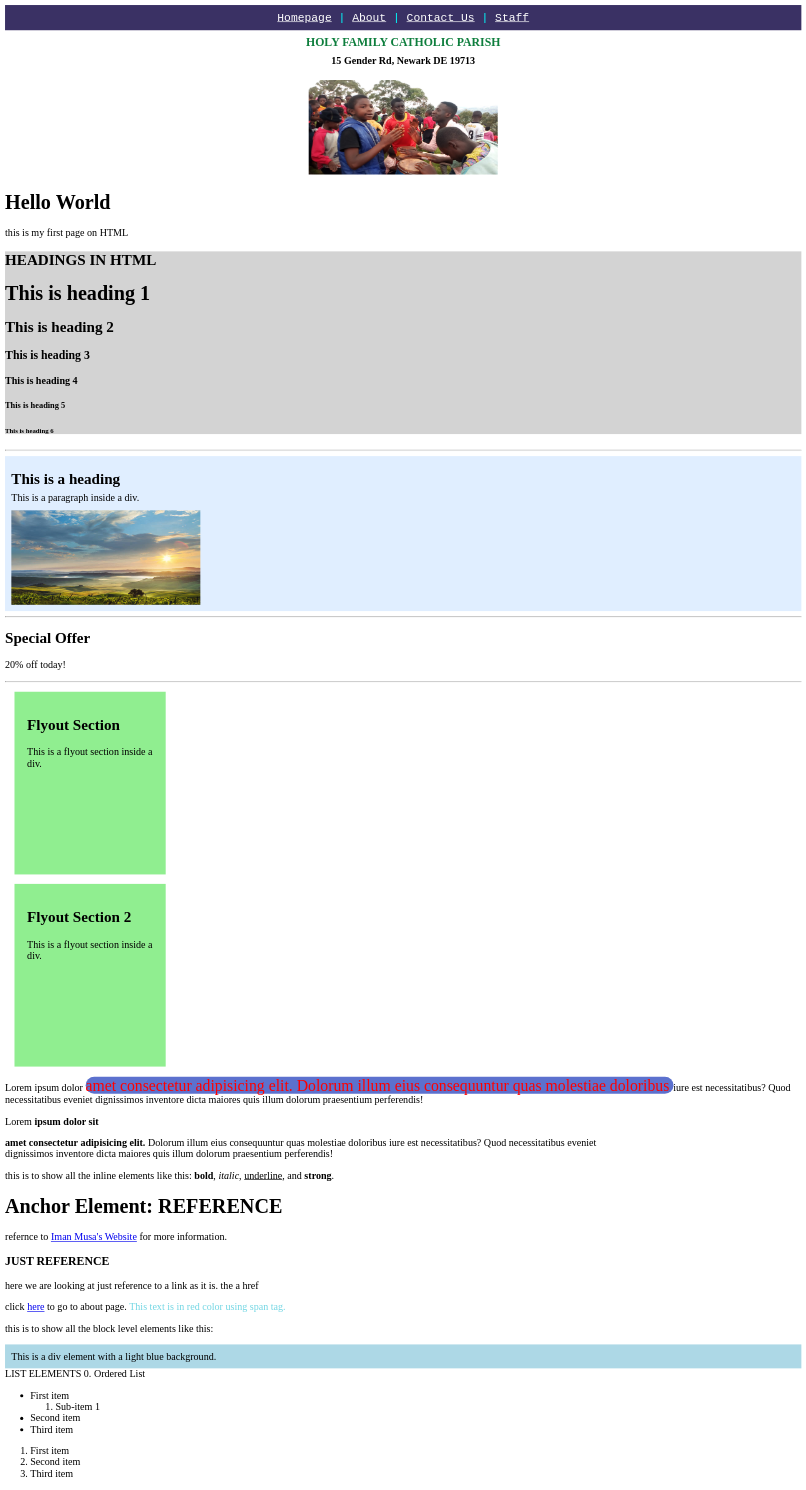
Repository: ficotims/HTML-RESTART
Page: Homepage.html
The author's editor kept a copy of each file at every save. The page is drawn from the files as they stood at one save, then again after the next save.
The browser window is 1280 px wide. The pictures show the whole page, at 63% of full size.

Above is the page before, as saved 2026-02-10 14:39:59.

After the next save:
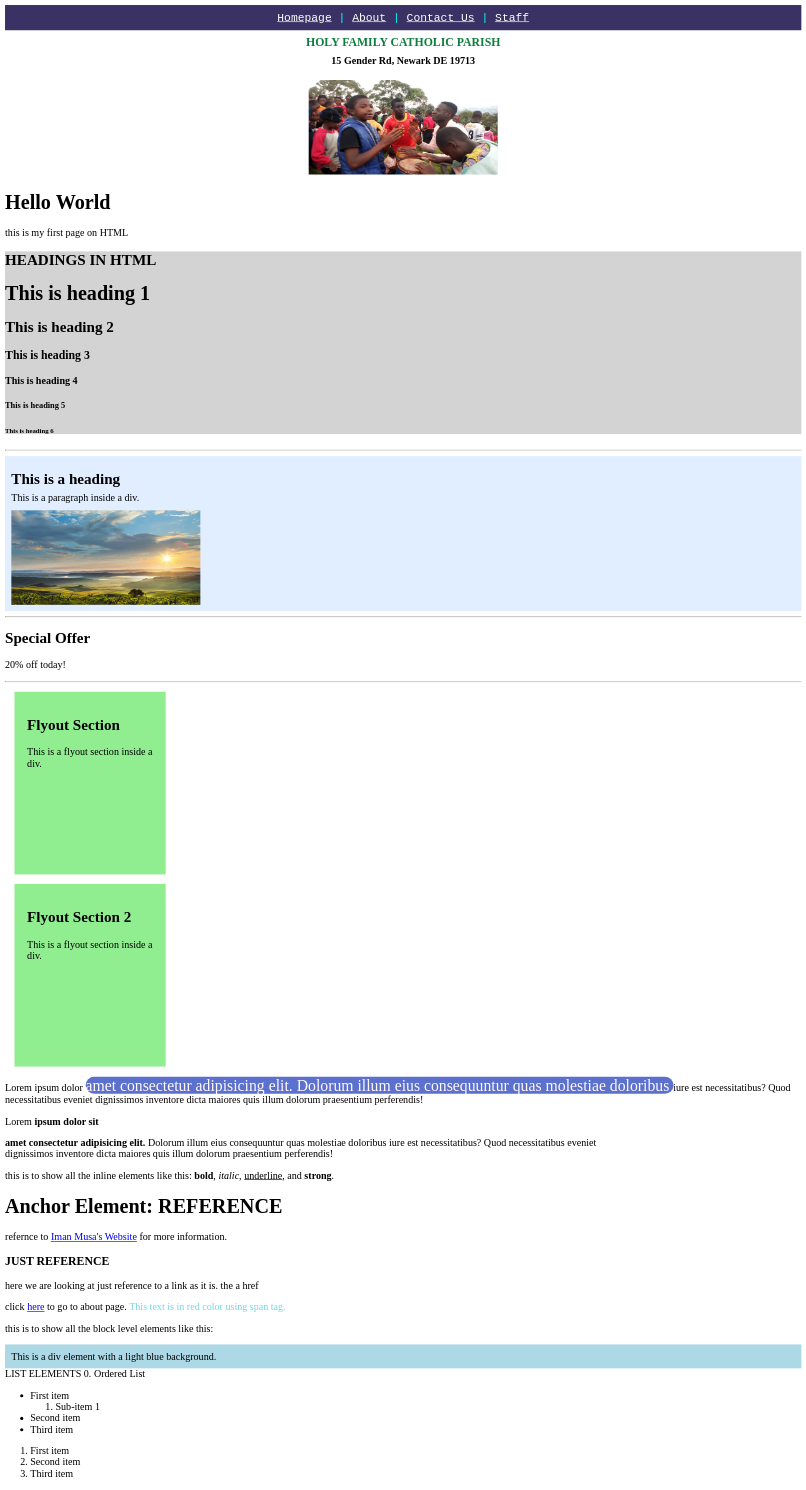
Saved 9 s later.
--- a/Style 1.css
+++ b/Style 1.css
@@ -1,5 +1,5 @@
 .body1 {
-    color: red;
+    color: rgb(255, 249, 249);
     background-color: rgb(92, 113, 206);
     border-radius: 50px;
     font-size: 25px;
